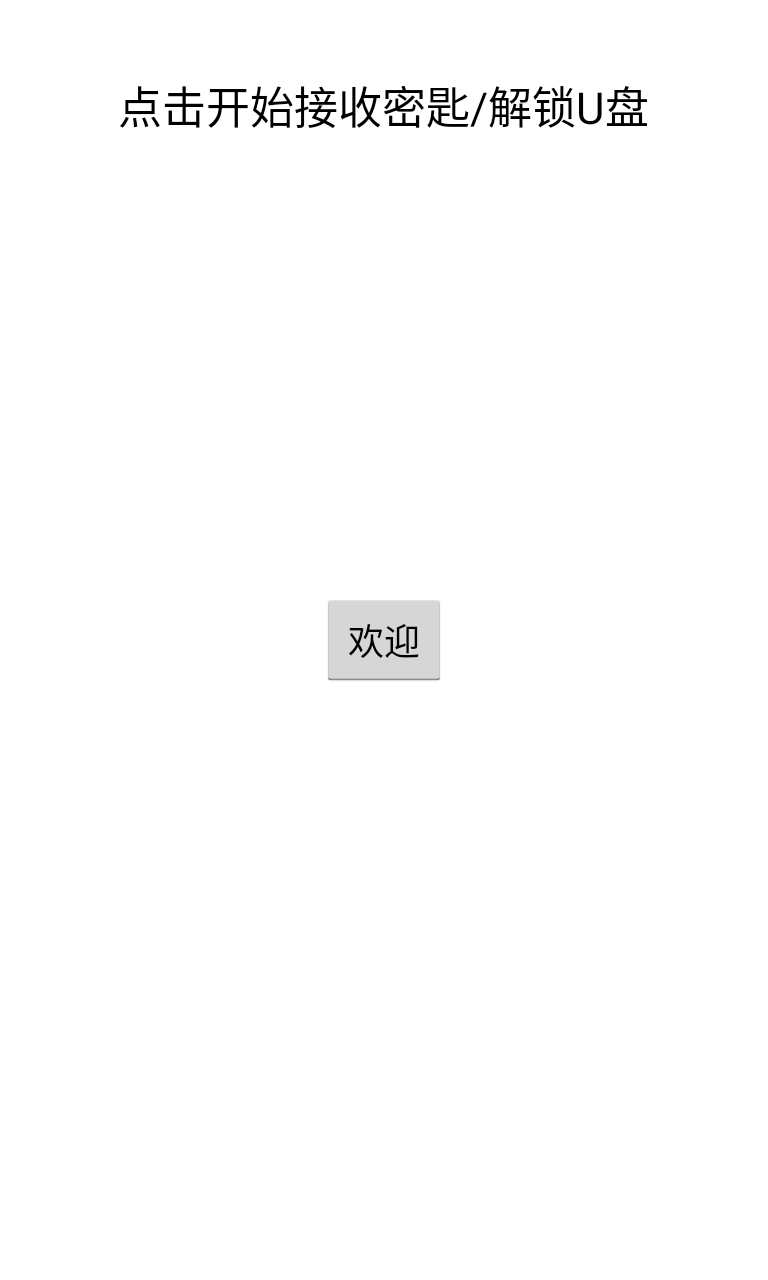
Repository: tenglei/AndroidBackup
Layout: AndroidTest/res/layout/activity_main.xml
An editor plug-in stored every save of this project. The layout is shown before and after the next save, followed by the edit.
It is drawn on a 768 x 1280 px phone screen (xhdpi) without system bars, with theme AppTheme; the app's code is not run.

Above is the layout before, as saved 2017-01-02 06:38:49.

After the next save:
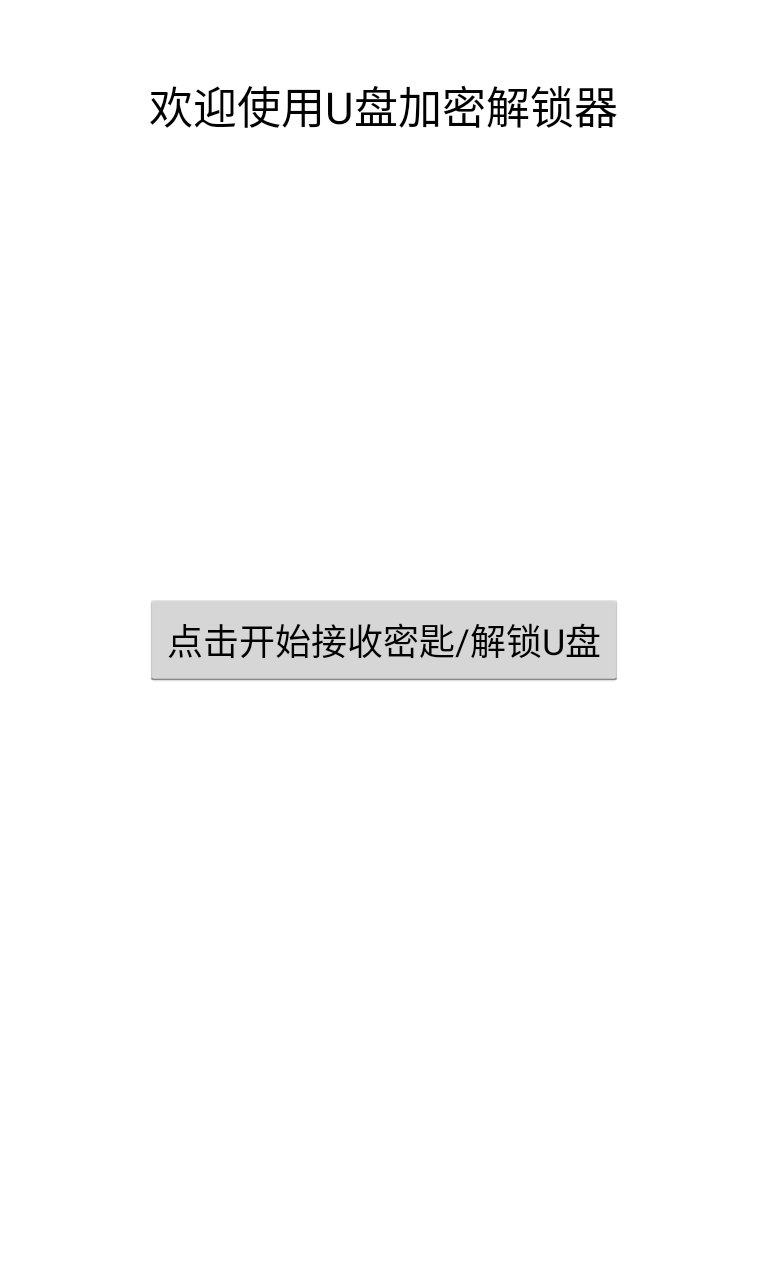
Saved 103 s later.
--- a/AndroidTest/res/layout/activity_main.xml
+++ b/AndroidTest/res/layout/activity_main.xml
@@ -14,7 +14,7 @@
         android:layout_height="wrap_content"
         android:layout_centerHorizontal="true"
         android:layout_centerVertical="true"
-        android:text="欢迎" />
+        android:text="点击开始接收密匙/解锁U盘" />
 
     <TextView
         android:id="@+id/textView1"
@@ -23,7 +23,7 @@
         android:layout_alignParentTop="true"
         android:layout_centerHorizontal="true"
         android:layout_marginTop="20dp"
-        android:text="点击开始接收密匙/解锁U盘"
+        android:text="欢迎使用U盘加密解锁器"
         android:textAppearance="?android:attr/textAppearanceLarge" />
 
 </RelativeLayout>
